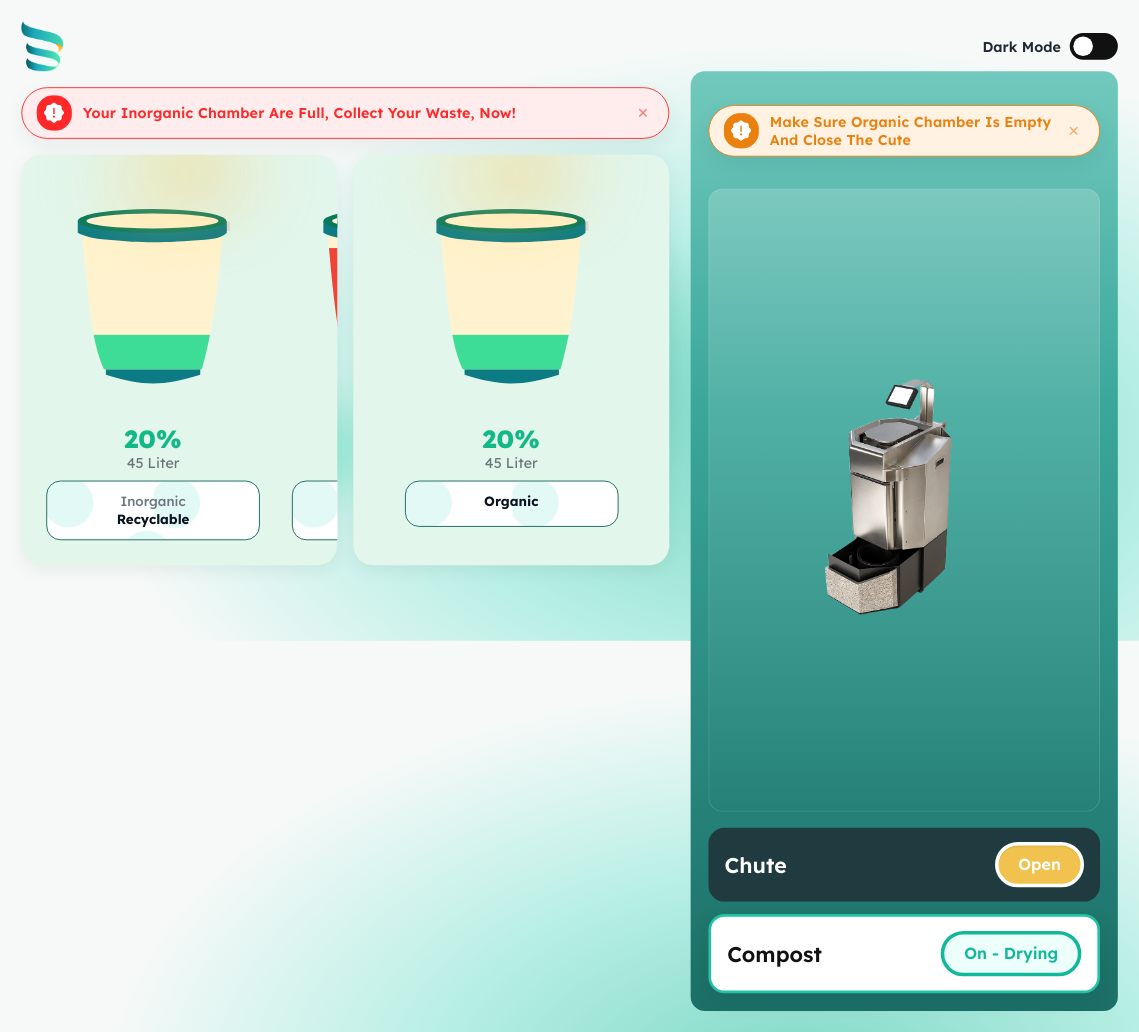
Repository: william-saputra/nusabin
Page: pages/homepage.html
The author's editor kept a copy of each file at every save. The page is drawn from the files as they stood at one save, then again after a run of saves.
The browser window is 1280 px wide. The pictures show the whole page, at 89% of full size.
Backgrounds fixed to the window are drawn as part of the page.

Above is the page before, as saved 2025-08-12 23:48:40.

### pages/homepage.html
<!DOCTYPE html>
<html lang="en">
  <head>
    <meta charset="UTF-8" />
    <meta name="viewport" content="width=device-width, initial-scale=1.0" />
    <title>Nusabin – Homepage</title>
    <link rel="preconnect" href="https://fonts.googleapis.com" />
    <link rel="preconnect" href="https://fonts.gstatic.com" crossorigin />
    <link href="https://fonts.googleapis.com/css2?family=Lexend:wght@400;500;600;700;800&family=Inter:wght@400;500;600;700;800&display=swap" rel="stylesheet" />
    <link rel="stylesheet" href="../styles/base.css" />
    <link rel="stylesheet" href="../styles/pages/homepage.css" />
  </head>
  <body>
    <div class="homepage no-nav">
      <header class="topbar no-nav">
        <img src="../assets/images/green_logo.png" alt="Nusabin" class="logo no-nav" />
        <div class="spacer no-nav"></div>
        <div class="theme-toggle no-nav">
          <span class="label no-nav">Dark Mode</span>
          <label class="switch no-nav">
            <input id="dark-toggle" class="no-nav" type="checkbox" />
            <span class="slider round no-nav"></span>
          </label>
        </div>
      </header>

      <main class="layout">
        <div class="left-col">
          <section class="alerts no-nav">
            <div class="alert pill no-nav" data-variant="danger" data-alert-id="left-alert">
              <img class="alert-icon" src="../assets/icons/red_alert.svg" alt="alert" width="40" height="40" />
              <div class="text no-nav">Your Inorganic Chamber Are Full, Collect Your Waste, Now!</div>
              <button class="close no-nav" data-dismiss>
                <span class="no-nav">&#10005;</span>
              </button>
            </div>
          </section>
          <div class="left-grid clickable-area" data-navigate>
          <div class="card card-buckets">
            <div class="bucket-group">
              <div class="bucket-item" data-id="inorganic_recyclable">
                <svg class="bucket-svg" viewBox="0 0 197 216" aria-labelledby="title-ir" role="img">
                  <title id="title-ir">Inorganic Recyclable</title>
                  <defs>
                    <clipPath id="cupShape-inorganic_recyclable">
                      <path d="M53.3367 175.048C43.8761 154.841 39.492 126.346 33.0561 49.7143L162.041 52.148C157.42 108.314 153.879 136.877 143.383 175.048C107.592 183.612 87.9058 183.201 53.3367 175.048Z" />
                    </clipPath>
                  </defs>
                  <path d="M53.3367 175.048C43.8761 154.841 39.492 126.346 33.0561 49.7143L162.041 52.148C157.42 108.314 153.879 136.877 143.383 175.048C107.592 183.612 87.9058 183.201 53.3367 175.048Z" fill="#FFF3CF" />
                  <rect id="cupFill-inorganic_recyclable" x="0" y="175" width="197" height="0" clip-path="url(#cupShape-inorganic_recyclable)" />
                  <path d="M55 179.937V175H142V179.937C107.725 190.783 88.6686 190.592 55 179.937Z" fill="#0C7B83" />
                  <rect x="166.097" y="38.3571" width="3.2449" height="8.92347" fill="#D9D9D9" />
                  <path d="M29 48.9031V38.3571H166.503V48.9031C162.244 52.8888 157.731 54.2809 146.222 55.3929C109.605 58.2432 89.8065 58.6723 56.9872 55.3929C42.0852 54.0832 36.1288 52.6188 29 48.9031Z" fill="#0C7B83" />
                  <ellipse cx="97.5485" cy="37.9515" rx="68.5485" ry="10.9515" fill="#08785B" />
                  <ellipse cx="97.9541" cy="37.9515" rx="60.8418" ry="6.89541" fill="#FFF3CF" />
                </svg>
                <div class="bucket-metrics">
                  <div class="percent" data-percent>0%</div>
                  <div class="liter" data-liter>0 Liter</div>
                </div>
                <div class="chip chip-2line"><span>Inorganic</span><strong>Recyclable</strong></div>
              </div>

              <div class="bucket-item" data-id="inorganic_non_recyclable">
                <svg class="bucket-svg" viewBox="0 0 197 216" aria-labelledby="title-inr" role="img">
                  <title id="title-inr">Inorganic <br>Non-Recyclable</title>
                  <defs>
                    <clipPath id="cupShape-inorganic_non_recyclable">
                      <path d="M53.3367 175.048C43.8761 154.841 39.492 126.346 33.0561 49.7143L162.041 52.148C157.42 108.314 153.879 136.877 143.383 175.048C107.592 183.612 87.9058 183.201 53.3367 175.048Z" />
                    </clipPath>
                  </defs>
                  <path d="M53.3367 175.048C43.8761 154.841 39.492 126.346 33.0561 49.7143L162.041 52.148C157.42 108.314 153.879 136.877 143.383 175.048C107.592 183.612 87.9058 183.201 53.3367 175.048Z" fill="#FFF3CF" />
                  <rect id="cupFill-inorganic_non_recyclable" x="0" y="175" width="197" height="0" clip-path="url(#cupShape-inorganic_non_recyclable)" />
                  <path d="M55 179.937V175H142V179.937C107.725 190.783 88.6686 190.592 55 179.937Z" fill="#0C7B83" />
                  <rect x="166.097" y="38.3571" width="3.2449" height="8.92347" fill="#D9D9D9" />
                  <path d="M29 48.9031V38.3571H166.503V48.9031C162.244 52.8888 157.731 54.2809 146.222 55.3929C109.605 58.2432 89.8065 58.6723 56.9872 55.3929C42.0852 54.0832 36.1288 52.6188 29 48.9031Z" fill="#0C7B83" />
                  <ellipse cx="97.5485" cy="37.9515" rx="68.5485" ry="10.9515" fill="#08785B" />
                  <ellipse cx="97.9541" cy="37.9515" rx="60.8418" ry="6.89541" fill="#FFF3CF" />
                </svg>
                <div class="bucket-metrics">
                  <div class="percent" data-percent>0%</div>
                  <div class="liter" data-liter>0 Liter</div>
                </div>
                <div class="chip chip-2line"><span>Inorganic</span><strong>Non-Recyclable</strong></div>
              </div>
            </div>
          </div>

          <div class="card card-bucket-single">
            <div class="bucket-item" data-id="organic">
              <svg class="bucket-svg" viewBox="0 0 197 216" aria-labelledby="title-org" role="img">
                <title id="title-org">Organic</title>
                <defs>
                  <clipPath id="cupShape-organic">
                    <path d="M53.3367 175.048C43.8761 154.841 39.492 126.346 33.0561 49.7143L162.041 52.148C157.42 108.314 153.879 136.877 143.383 175.048C107.592 183.612 87.9058 183.201 53.3367 175.048Z" />
                  </clipPath>
                </defs>
                <path d="M53.3367 175.048C43.8761 154.841 39.492 126.346 33.0561 49.7143L162.041 52.148C157.42 108.314 153.879 136.877 143.383 175.048C107.592 183.612 87.9058 183.201 53.3367 175.048Z" fill="#FFF3CF" />
                <rect id="cupFill-organic" x="0" y="175" width="197" height="0" clip-path="url(#cupShape-organic)" />
                <path d="M55 179.937V175H142V179.937C107.725 190.783 88.6686 190.592 55 179.937Z" fill="#0C7B83" />
                <rect x="166.097" y="38.3571" width="3.2449" height="8.92347" fill="#D9D9D9" />
                <path d="M29 48.9031V38.3571H166.503V48.9031C162.244 52.8888 157.731 54.2809 146.222 55.3929C109.605 58.2432 89.8065 58.6723 56.9872 55.3929C42.0852 54.0832 36.1288 52.6188 29 48.9031Z" fill="#0C7B83" />
                <ellipse cx="97.5485" cy="37.9515" rx="68.5485" ry="10.9515" fill="#08785B" />
                <ellipse cx="97.9541" cy="37.9515" rx="60.8418" ry="6.89541" fill="#FFF3CF" />
              </svg>
              <div class="bucket-metrics">
                <div class="percent" data-percent>0%</div>
                <div class="liter" data-liter>0 Liter</div>
              </div>
              <div class="chip chip-2line"><strong>Organic</strong></div>
            </div>
          </div>
          </div>
        </div>

        <aside class="right-panel">
          <section class="alerts no-nav">
            <div class="alert pill no-nav" data-variant="warning" data-alert-id="right-alert">
              <img class="alert-icon" src="../assets/icons/orange_alert.svg" alt="alert" width="40" height="40" />
              <div class="text no-nav">Make Sure Organic Chamber Is Empty And Close The Cute</div>
              <button class="close no-nav" data-dismiss>
                <span class="no-nav">&#10005;</span>
              </button>
            </div>
          </section>
          <div class="machine-wrapper">
            <img src="../assets/images/machine.png" alt="Machine" class="machine" />
          </div>
          <div class="status-panel no-nav">
            <div class="status-row variant-dark no-nav">
              <div class="label no-nav">Chute</div>
              <div class="status-pill pill-open no-nav">Open</div>
            </div>
            <div class="status-row variant-light no-nav">
              <div class="label no-nav">Compost</div>
              <div class="status-pill pill-on no-nav">On - Drying</div>
            </div>
          </div>
        </aside>
      </main>
    </div>

    <script src="../scripts/theme.js"></script>
    <script src="../scripts/main.js"></script>
  </body>
  </html>

### styles/base.css
:root {
  --bg: #f6f9f8;
  --card: #ffffff;
  --text: #0b1220;
  --muted: #6b7280;
  --primary: #1cb59b;
  --danger: #e53935;
  --warning: #ffb74d;
  --ring: rgba(28, 181, 155, 0.35);
}

* { box-sizing: border-box; }
html, body { height: 100%; }
body {
  margin: 0;
  font-family: Lexend, Inter, system-ui, -apple-system, Segoe UI, Roboto, Helvetica, Arial, "Apple Color Emoji", "Segoe UI Emoji";
  color: var(--text);
  background: radial-gradient(1200px 700px at 70% 70%, #7ed8c4 0%, #b8efe5 35%, #f6f9f8 65%) no-repeat fixed;
}

/* Generic layout */
.homepage { padding: 24px; }
.topbar { display: flex; align-items: center; gap: 16px; }
.spacer { flex: 1 1 auto; }
.logo { height: 56px; }

.theme-toggle { display: flex; align-items: center; gap: 10px; font-weight: 600; }
.theme-toggle .label { opacity: 0.9; }

/* Toggle */
.switch { position: relative; display: inline-block; width: 54px; height: 30px; }
.switch input { display: none; }
.slider { position: absolute; cursor: pointer; top: 0; left: 0; right: 0; bottom: 0; background: #111; transition: .2s; border-radius: 999px; }
.slider:before { position: absolute; content: ""; height: 22px; width: 22px; left: 4px; bottom: 4px; background: #fff; transition: .2s; border-radius: 50%; }
input:checked + .slider { background: #cdd2d6; }
input:checked + .slider:before { transform: translateX(24px); }

/* Alerts */
.alerts { display: grid; grid-template-columns: 1fr; gap: 12px; margin: 18px 0; }
.alert { display: grid; grid-template-columns: auto 1fr auto; align-items: center; gap: 12px; padding: 8px 16px; border-radius: 50px; box-shadow: 0 8px 24px rgba(0,0,0,.06); font-family: Lexend, Inter, sans-serif; border: 1px solid currentColor; }
.alert .text { font-weight: 600; letter-spacing: .2px; }
.alert .close { appearance: none; border: 0; background: transparent; cursor: pointer; opacity: 0.6; font-size: 16px; color: inherit; }
.alert.pill[data-variant="danger"] { color: #FF2828; background: #FFECEC; }
.alert.pill[data-variant="warning"] { color: #EA800E; background: #FFF2E3; }
.alert-icon { flex: 0 0 auto; width: 40px; height: 40px; }

/* Main layout */
.layout { display: grid; grid-template-columns: 1.35fr 480px; gap: 24px; align-items: start; }
.left-col { display: block; }
.left-grid { display: grid; grid-template-columns: 1fr 1fr; gap: 18px; }

.card { background: var(--card); border-radius: 22px; padding: 28px; box-shadow: 0 6px 20px rgba(0,0,0,.06); position: relative; overflow: hidden; }
.card::before, .card::after { content: ""; position: absolute; pointer-events: none; border-radius: 50%; filter: blur(40px); opacity: 0.9; }
.card::before { width: 260px; height: 180px; top: -70px; right: 30px; background: radial-gradient(closest-side, rgba(255,189,57,0.55), rgba(255,189,57,0) 70%); }
.card::after  { width: 220px; height: 160px; top: -50px; left: 40%; transform: translateX(-50%); background: radial-gradient(closest-side, rgba(255,225,149,0.55), rgba(255,225,149,0) 70%); }
.card-buckets { display: block; background: #E2F6EC; min-height: 460px; }
.card-bucket-single { display: block; background: #E2F6EC; min-height: 460px; }

.bucket-group { display: grid; grid-template-columns: 1fr 1fr; gap: 36px; justify-items: center; }
.bucket-item { display: grid; justify-items: center; gap: 10px; }
.bucket-svg { width: 100%; max-width: 240px; height: auto; display: block; }
.bucket-static { pointer-events: none; }

.bucket-metrics { text-align: center; }
.bucket-metrics .percent { font-weight: 800; font-size: 28px; color: #12B886; }
.bucket-metrics .percent.danger { color: #F44336; }
.bucket-metrics .liter { color: #6C757D; font-size: 16px; }

.chip { display: inline-flex; flex-direction: column; align-items: center; gap: 4px; padding: 14px 22px; border-radius: 16px; background: #fff; border: 1.5px solid #0B5F57; font-size: 20px; line-height: 1.1; min-height: 52px; min-width: 240px; }
.chip span { color: #6C757D; font-weight: 500; }
.chip strong { font-weight: 700; }
.chip-positive strong { color: #12B886; }
.chip-negative strong { color: #F44336; }
.chip {
  background-image: radial-gradient(circle at 20% 20%, rgba(13, 207, 173, 0.12) 0 20%, rgba(13, 207, 173, 0) 21%),
                    radial-gradient(circle at 80% 60%, rgba(13, 207, 173, 0.12) 0 20%, rgba(13, 207, 173, 0) 21%);
  background-size: 120px 120px, 140px 140px;
}

.chip-2line { font-size: 15px; }

.right-panel { display: grid; grid-template-rows: 1fr auto; gap: 18px; }
.right-panel { background: linear-gradient(180deg, #72c9bd 0%, #3ba79b 35%, #1b6f67 100%); padding: 20px; border-radius: 16px; }
.machine-wrapper { display: grid; place-items: center; background: linear-gradient(180deg, rgba(255,255,255,0.18), rgba(255,255,255,0)); border-radius: 16px; min-height: 700px; box-shadow: inset 0 0 0 1px rgba(255,255,255,0.15); }
.machine { max-width: 100%; height: auto; object-fit: contain; }

.status-panel { background: transparent; border-radius: 16px; padding: 0; display: grid; gap: 16px; }
.status-row { display: flex; align-items: center; justify-content: space-between; padding: 16px 18px; border-radius: 18px; }
.status-row .label { font-weight: 600; font-size: 24px; }
.status-row.variant-dark { background: #1f3b3f; color: #ffffff; }
.status-row.variant-light { background: #ffffff; color: #111; border: 3px solid #22c3a4; box-shadow: 0 8px 24px rgba(0,0,0,.08); }
.status-pill { border-radius: 999px; padding: 10px 22px; font-weight: 600; font-size: 18px; }
.pill-open { background: #f1c24e; color: #ffffff; border: 4px solid #ffffff; box-shadow: 0 2px 0 rgba(0,0,0,.06) inset; }
.pill-on { background: #ecfffb; color: #12b89a; border: 4px solid #12b89a; }

.clickable-area { cursor: pointer; }

/* Decorative half-circle with glow on the left bottom */
.left-col { position: relative; }
.left-col::after { content: ""; position: absolute; left: 50%; transform: translateX(-10%); bottom: -40px; width: 560px; height: 560px; border-bottom-left-radius: 560px; border-bottom-right-radius: 560px; border-top-left-radius: 560px; border-top-right-radius: 560px; background: radial-gradient(closest-side, rgba(28,181,155,0.55), rgba(28,181,155,0) 70%); filter: blur(6px); z-index: -1; }
.left-col::before { content: ""; position: absolute; left: 40%; transform: translateX(-50%); bottom: 20px; width: 380px; height: 220px; border-radius: 380px 380px 0 0; background: radial-gradient(closest-side, rgba(60,220,178,0.7), rgba(60,220,178,0) 70%); filter: blur(20px); z-index: -1; }

/* Dark mode */
.dark body, body.dark { background: radial-gradient(1200px 700px at 70% 70%, #0e3c3b 0%, #0f6b61 35%, #071b1a 65%); color: #e5f6f1; }
body.dark .card, body.dark .status-panel { background: #0a1414; color: #e6f5f1; }
body.dark .chip { background: #08201c; border-color: #0f3f36; }
body.dark .bucket-metrics .percent { color: #55e3c7; }
body.dark .status-row { background: #051010; }
body.dark .status-pill { background: #0b2a26; }

/* Utilities for specific wrappers that shouldn't navigate */
.no-nav { pointer-events: auto; }

@media (max-width: 1100px) {
  .layout { grid-template-columns: 1fr; }
  .right-panel { order: -1; }
}

### styles/pages/homepage.css
/* Page-specific fine-tuning for Homepage */
.homepage .card-buckets { background: #E2F6EC; }
.homepage .card-bucket-single { background: #E2F6EC; }

.homepage .bucket-item .bucket { filter: drop-shadow(0 10px 24px rgba(0,0,0,.08)); }
.homepage .bucket-item .percent { letter-spacing: .3px; }

.right-panel .status-panel { gap: 14px; }

@media (max-width: 1100px) {
  .homepage .bucket-svg { max-width: 180px; }
}

### scripts/theme.js
(function () {
  const toggle = document.getElementById('dark-toggle');
  if (!toggle) return;

  const apply = (isDark) => {
    document.body.classList.toggle('dark', isDark);
    try { localStorage.setItem('theme-dark', isDark ? '1' : '0'); } catch (_) {}
  };

  // Restore previous preference
  let stored = null;
  try { stored = localStorage.getItem('theme-dark'); } catch (_) {}
  apply(stored === '1');
  toggle.checked = stored === '1';

  toggle.addEventListener('change', () => apply(toggle.checked));
})();

### scripts/main.js
(function () {
  const root = document;

  // Navigate to detail when clicking anywhere on the left grid
  const clickable = root.querySelector('.clickable-area');
  if (clickable) {
    clickable.addEventListener('click', function (ev) {
      const target = ev.target;
      if (target && (target.closest('[data-dismiss]') || target.closest('.switch') || target.closest('.status-panel') || target.closest('.alerts'))) return;
      window.location.href = '../pages/detail.html';
    });
  }

  // Close alert buttons
  root.querySelectorAll('[data-dismiss]').forEach((btn) => {
    btn.addEventListener('click', (e) => {
      e.stopPropagation();
      const alert = btn.closest('.alert');
      if (alert) alert.remove();
    });
  });

  // Example: programmatic update of alert colors (kept for future use)
  function setAlertVariant(id, variant) {
    const el = root.querySelector('[data-alert-id="' + id + '"]');
    if (!el) return;
    el.setAttribute('data-variant', variant);
    const rect = el.querySelector('g > rect');
    if (rect) rect.setAttribute('fill', variant === 'danger' ? '#FF2828' : '#EA800E');
  }

  // Data dummy hardcoded
  const data = {
    inorganic_recyclable: { level: 20, volume: 45 },
    inorganic_non_recyclable: { level: 70, volume: 134 },
    organic: { level: 20, volume: 45 }
  };

  // Update function per spec
  function updateFill(binId, percent, volumeLiters) {
    const rect = root.getElementById('cupFill-' + binId);
    if (!rect) return;
    // Using actual bucket.svg coordinates: baseY aligns with ~175 (bottom of cup path), contentHeight approximated to inner cup height
    const contentHeight = 160; // adjustable based on real cup inner height
    const baseY = 175;
    const p = Math.max(0, Math.min(100, percent));
    const newHeight = (p / 100) * contentHeight;
    const newY = baseY - newHeight;
    rect.setAttribute('height', String(newHeight));
    rect.setAttribute('y', String(newY));
    rect.setAttribute('fill', p >= 70 ? '#F04438' : '#3DDC97');

    const item = root.querySelector('.bucket-item[data-id="' + binId + '"]');
    if (!item) return;
    const percentEl = item.querySelector('[data-percent]');
    const literEl = item.querySelector('[data-liter]');
    if (percentEl) {
      percentEl.textContent = p + '%';
      percentEl.classList.toggle('danger', p >= 70);
    }
    if (literEl) literEl.textContent = volumeLiters + ' Liter';
  }

  // Initialize
  Object.entries(data).forEach(([id, val]) => {
    updateFill(id, val.level, val.volume);
  });
})();

After the next 2 saves:
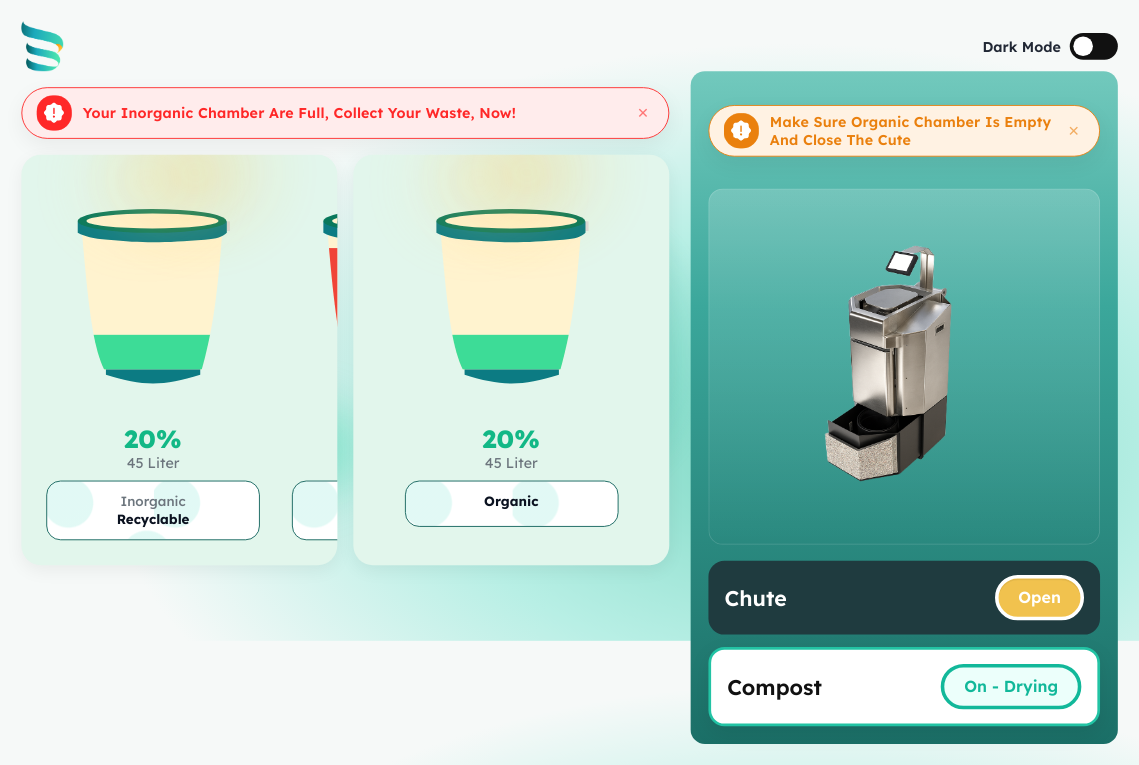
The 2 saves are shown as one change because they came seconds apart.
The last was saved 13 s later.
--- a/styles/base.css
+++ b/styles/base.css
@@ -81,7 +81,7 @@ input:checked + .slider:before { transform: translateX(24px); }
 
 .right-panel { display: grid; grid-template-rows: 1fr auto; gap: 18px; }
 .right-panel { background: linear-gradient(180deg, #72c9bd 0%, #3ba79b 35%, #1b6f67 100%); padding: 20px; border-radius: 16px; }
-.machine-wrapper { display: grid; place-items: center; background: linear-gradient(180deg, rgba(255,255,255,0.18), rgba(255,255,255,0)); border-radius: 16px; min-height: 700px; box-shadow: inset 0 0 0 1px rgba(255,255,255,0.15); }
+.machine-wrapper { display: grid; place-items: center; background: linear-gradient(180deg, rgba(255,255,255,0.18), rgba(255,255,255,0)); border-radius: 16px; min-height: 400px; box-shadow: inset 0 0 0 1px rgba(255,255,255,0.15); }
 .machine { max-width: 100%; height: auto; object-fit: contain; }
 
 .status-panel { background: transparent; border-radius: 16px; padding: 0; display: grid; gap: 16px; }
